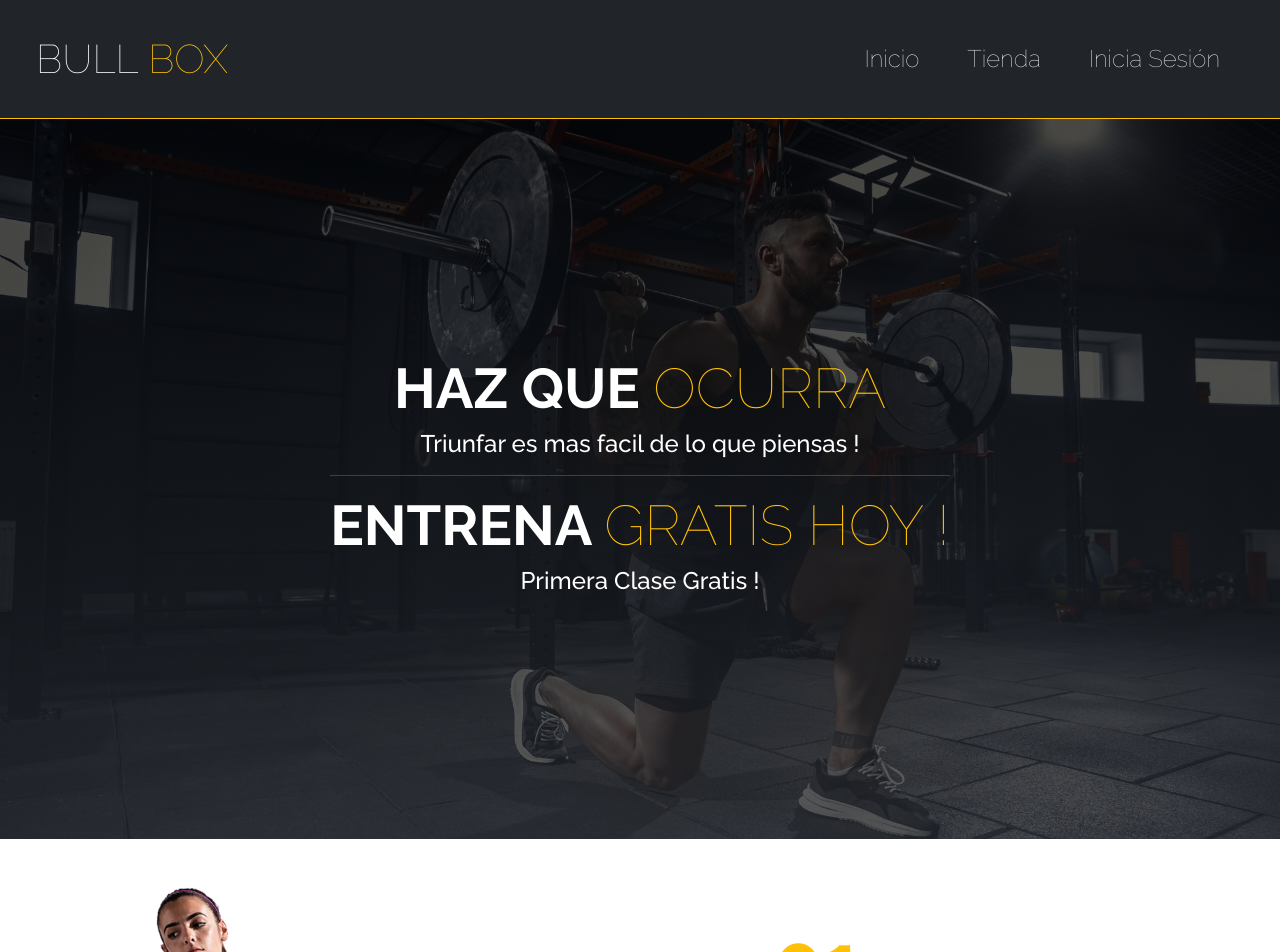
Repository: enjeru13/BullBox
Page: / (app in BullBox/)
The author's editor kept a copy of each file at every save. The page is drawn from the files as they stood at one save, then again after the next save.
The browser window is 1280 px wide. The pictures show the part of the page from y = 0 to 952 px (the page is 4153 px tall before and 4177 px after).
The project was rebuilt for these pictures with package versions that can differ from the ones it lists, and the page was loaded fresh each time. Also part of the build but not shown: BullBox/vite.config.js, BullBox/src/pages/Registro.jsx, BullBox/src/pages/Login.jsx, BullBox/src/pages/Perfil.jsx, BullBox/src/pages/Tienda.jsx, BullBox/ProtectedRoute.jsx.

Above is the page before, as saved 2024-10-28 12:17:24.

After the next save:
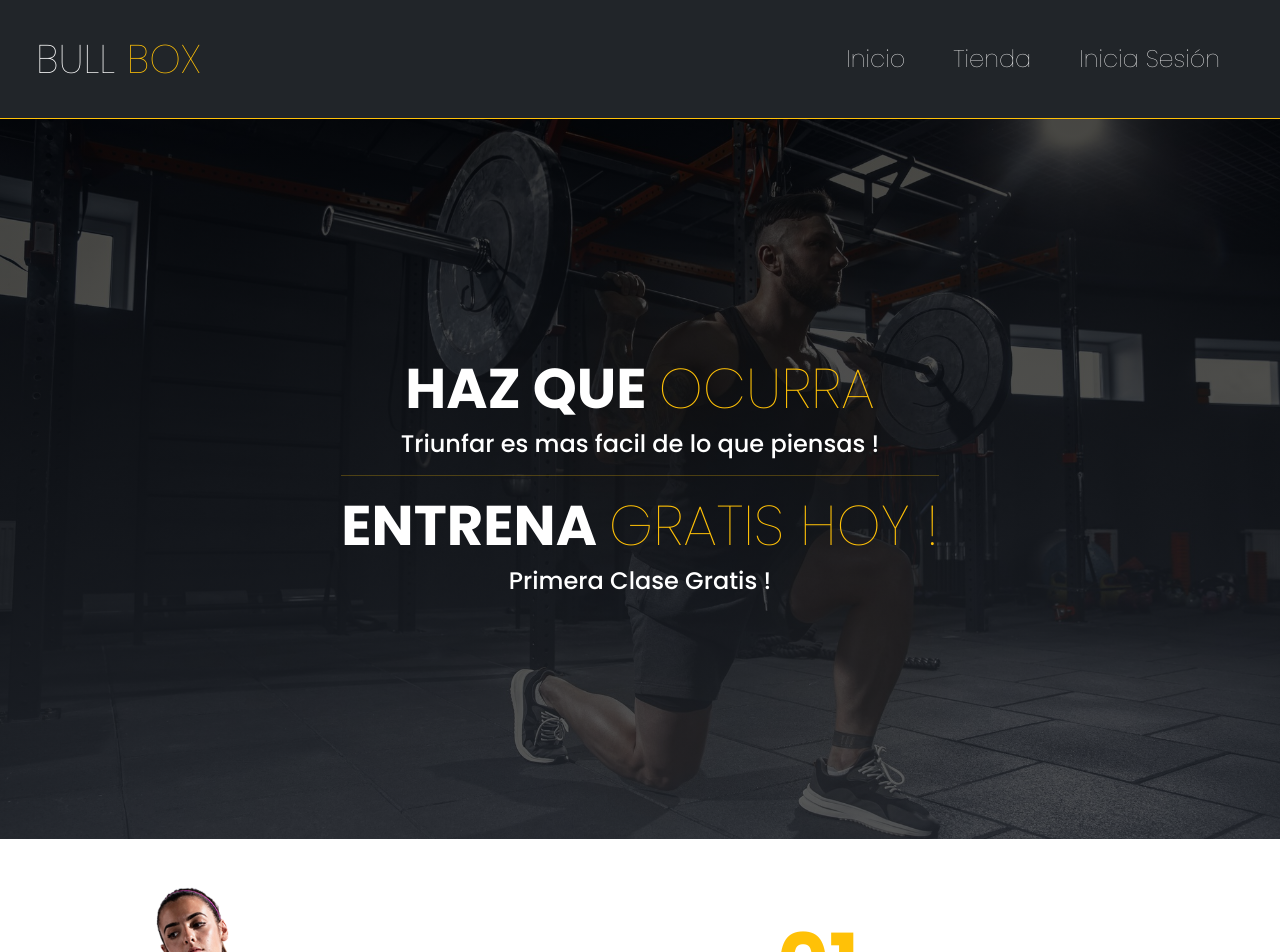
Saved 36 s later.
--- a/BullBox/src/index.css
+++ b/BullBox/src/index.css
@@ -1,7 +1,7 @@
 * {
  margin: 0;
  padding: 0;
- font-family: "Raleway", serif;
+ font-family: "Poppins", serif;
  font-optical-sizing: auto;
  font-weight: 100;
  font-style: normal;
